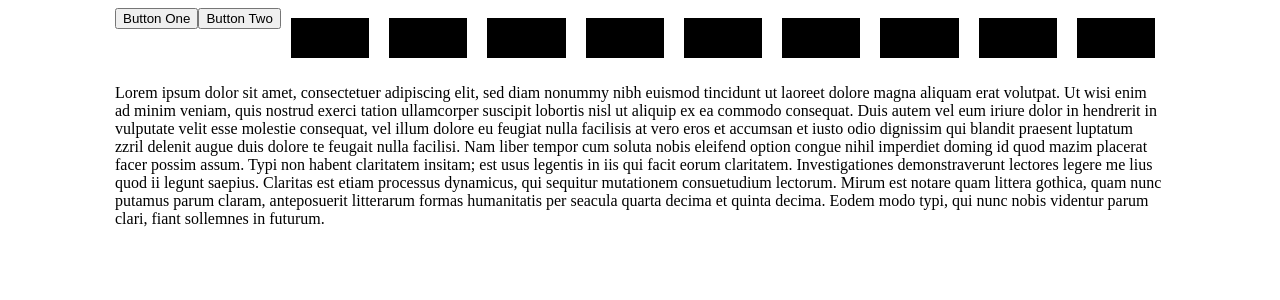
Repository: sheldon18/importance-of-this
Page: index.html
The author's editor kept a record of every edit. The page is drawn from the files as they stood at one moment, then again after the next edit.
The browser window is 1280 px wide. The pictures show the whole page.

Above is the page before.

After the next edit:
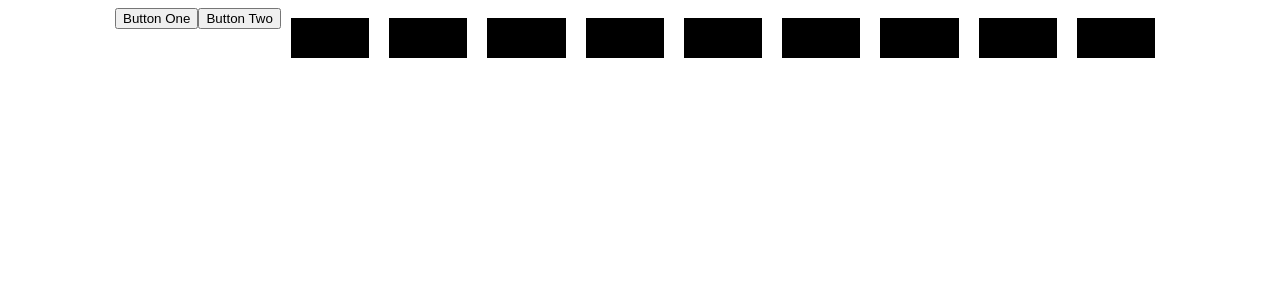
The edit:
--- a/index.html
+++ b/index.html
@@ -37,28 +37,6 @@
         <div class="box two">
         </div>
 
-        <div class="card">
-            <p>Lorem ipsum dolor sit amet, consectetuer adipiscing elit,
-            sed diam nonummy nibh euismod tincidunt ut laoreet dolore
-            magna aliquam erat volutpat. Ut wisi enim ad minim veniam,
-            quis nostrud exerci tation ullamcorper suscipit lobortis nisl
-            ut aliquip ex ea commodo consequat. Duis autem vel eum iriure
-            dolor in hendrerit in vulputate velit esse molestie consequat,
-            vel illum dolore eu feugiat nulla facilisis at vero eros et
-            accumsan et iusto odio dignissim qui blandit praesent luptatum
-            zzril delenit augue duis dolore te feugait nulla facilisi.
-            Nam liber tempor cum soluta nobis eleifend option congue
-            nihil imperdiet doming id quod mazim placerat facer possim
-            assum. Typi non habent claritatem insitam; est usus legentis
-            in iis qui facit eorum claritatem. Investigationes
-            demonstraverunt lectores legere me lius quod ii legunt saepius.
-            Claritas est etiam processus dynamicus, qui sequitur mutationem
-            consuetudium lectorum. Mirum est notare quam littera gothica,
-            quam nunc putamus parum claram, anteposuerit litterarum formas
-            humanitatis per seacula quarta decima et quinta decima. Eodem
-            modo typi, qui nunc nobis videntur parum clari, fiant sollemnes
-            in futurum.</p>
-        </div>
     </div>
     <script type="text/javascript" src="js/script.js"></script>
 </body>
